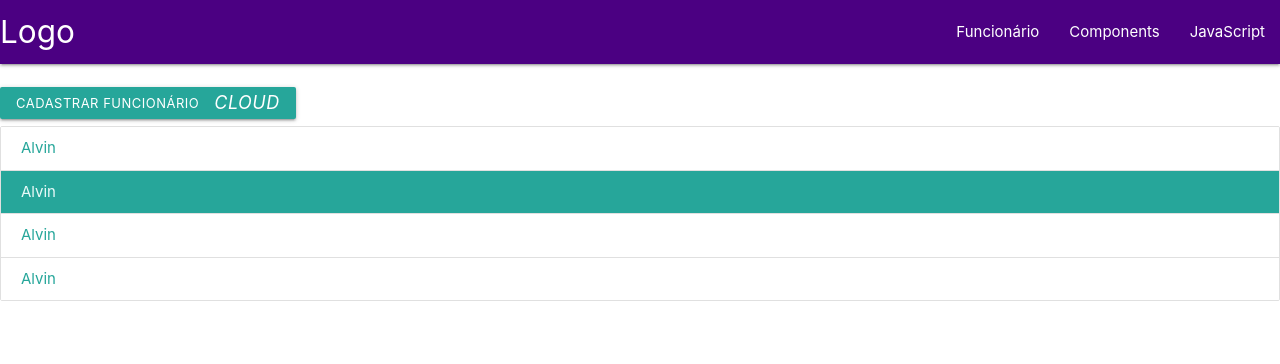
Repository: andrehct/CONCESSIONARIA_BD
Page: http://localhost/Projeto/funcionario/listar.jsp
An editor plug-in stored every save of this project. The page is shown before and after the next save, followed by the edit.
The browser window is 1280 px wide. The pictures show the whole page.
The page is served by Tomcat 9. Other server files are loaded and not shown.

Above is the page before, as saved 2019-06-28 14:22:58.

### Projeto/WebContent/funcionario/listar.jsp
<%@ page language="java" contentType="text/html; charset=ISO-8859-1"
    pageEncoding="ISO-8859-1"%>
<!DOCTYPE html>
<html>
<head>
<meta charset="ISO-8859-1">
<title>::: Lista de Funcionários :::</title>
<%@ include file="../menu.jsp" %>
</head>
<body>
    <br/>
      <a class="waves-effect waves-light btn-small"><i class="material-icons right">cloud</i>Cadastrar Funcionário</a>
    <br/>
	<div class="collection">
        <a href="#!" class="collection-item">Alvin</a>
        <a href="#!" class="collection-item active">Alvin</a>
        <a href="#!" class="collection-item">Alvin</a>
        <a href="#!" class="collection-item">Alvin</a>
      </div>

</body>
</html>

### Projeto/WebContent/menu.jsp
<!--Import Google Icon Font-->
<link href="https://fonts.googleapis.com/icon?family=Material+Icons" rel="stylesheet">
<!--Import materialize.css-->
<link type="text/css" rel="stylesheet" href="../css/materialize.min.css"  media="screen,projection"/>

<!--Let browser know website is optimized for mobile-->
<meta name="viewport" content="width=device-width, initial-scale=1.0"/>
<header>
 <nav>
  <div class="nav-wrapper">
    <a href="#" class="brand-logo">Logo</a>
    <ul id="nav-mobile" class="right hide-on-med-and-down">
      <li><a href="FuncionarioController">Funcionário</a></li>
      <li><a href="badges.html">Components</a></li>
      <li><a href="collapsible.html">JavaScript</a></li>
    </ul>
  </div>
</nav>
</header>

<!--JavaScript at end of body for optimized loading-->
<script type="text/javascript" src="../js/materialize.min.js"></script>

Loaded but not shown: Projeto/WebContent/css/materialize.min.css (library); Projeto/WebContent/js/materialize.min.js (library)

After the next save:
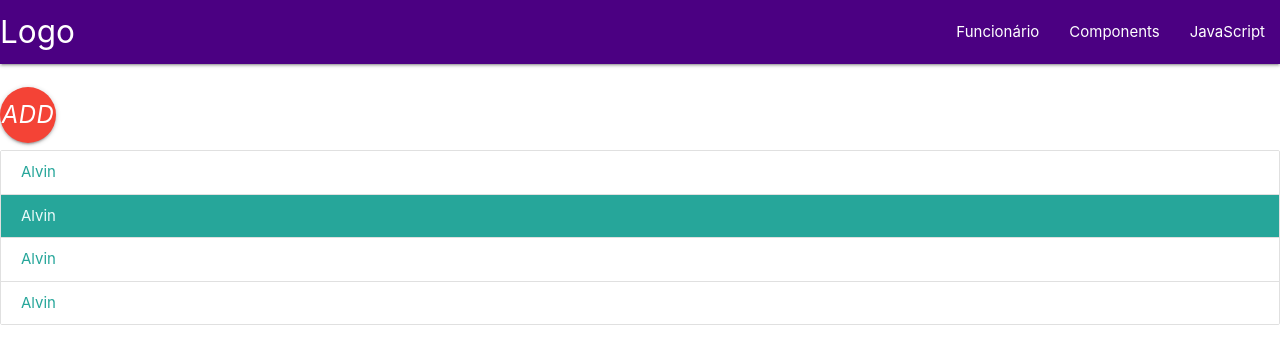
Saved 95 s later.
--- a/Projeto/WebContent/funcionario/listar.jsp
+++ b/Projeto/WebContent/funcionario/listar.jsp
@@ -9,7 +9,7 @@
 </head>
 <body>
     <br/>
-      <a class="waves-effect waves-light btn-small"><i class="material-icons right">cloud</i>Cadastrar Funcionário</a>
+      <a class="btn-floating btn-large waves-effect waves-light red"><i class="material-icons">add</i></a>
     <br/>
 	<div class="collection">
         <a href="#!" class="collection-item">Alvin</a>

After the save that followed:
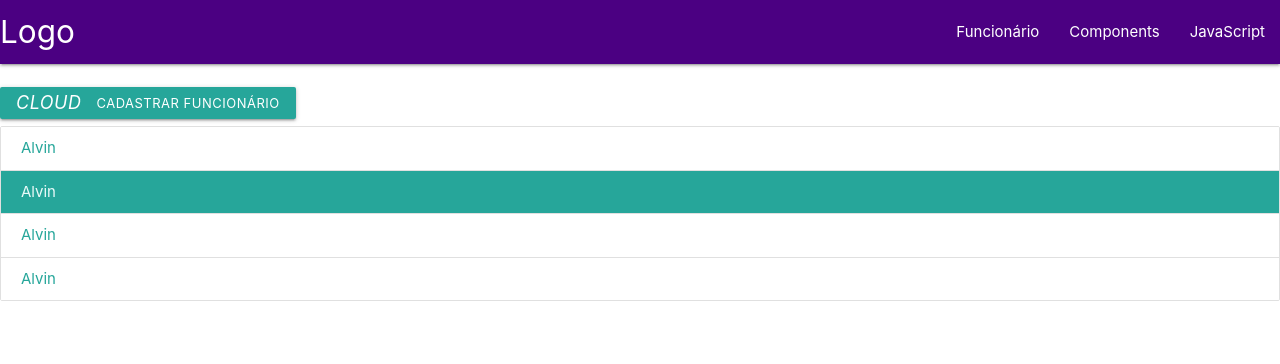
Saved 21 s later.
--- a/Projeto/WebContent/funcionario/listar.jsp
+++ b/Projeto/WebContent/funcionario/listar.jsp
@@ -9,7 +9,7 @@
 </head>
 <body>
     <br/>
-      <a class="btn-floating btn-large waves-effect waves-light red"><i class="material-icons">add</i></a>
+      <a class="waves-effect waves-light btn-small"><i class="material-icons left">cloud</i>Cadastrar Funcionário</a>
     <br/>
 	<div class="collection">
         <a href="#!" class="collection-item">Alvin</a>
